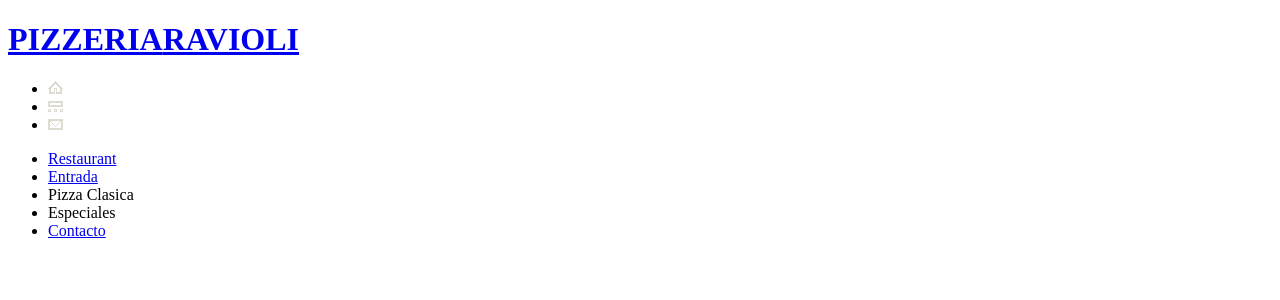
Repository: ProSoft-PDSI/sdsddo
Page: http://localhost/sdsr/Cabecera.jsp
The author's editor kept a copy of each file at every save. The page is drawn from the files as they stood at one save, then again after a run of saves.
The browser window is 1280 px wide. The pictures show the whole page.
The page is served by Tomcat 9.

Above is the page before, as saved 2014-07-17 22:13:12.
Console error: ReferenceError: $ is not defined

After the next 2 saves:
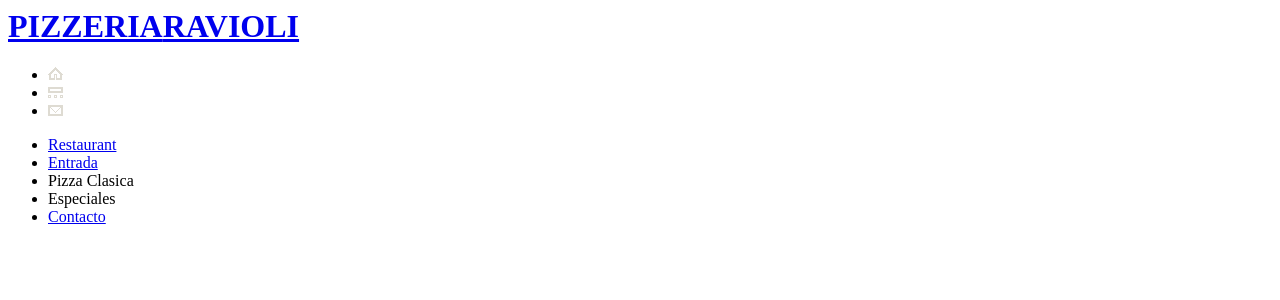
The 2 saves are shown as one change because they came seconds apart.
The last was saved 36 s later.
--- a/Web/sdsr/WebContent/Cabecera.jsp
+++ b/Web/sdsr/WebContent/Cabecera.jsp
@@ -1,10 +1,6 @@
 <%@ page language="java" contentType="text/html; charset=ISO-8859-1"
     pageEncoding="ISO-8859-1"%>
 <%@ taglib prefix="c" uri="http://java.sun.com/jsp/jstl/core" %>
-<!DOCTYPE html>
-<html>
-<head>
-<title></title>
 <script>
 	$(document).ready(function(){
 		$("#menu a").click(function(){
@@ -33,4 +29,3 @@
 						</ul>
 				</nav>
 </body>
-</html>
